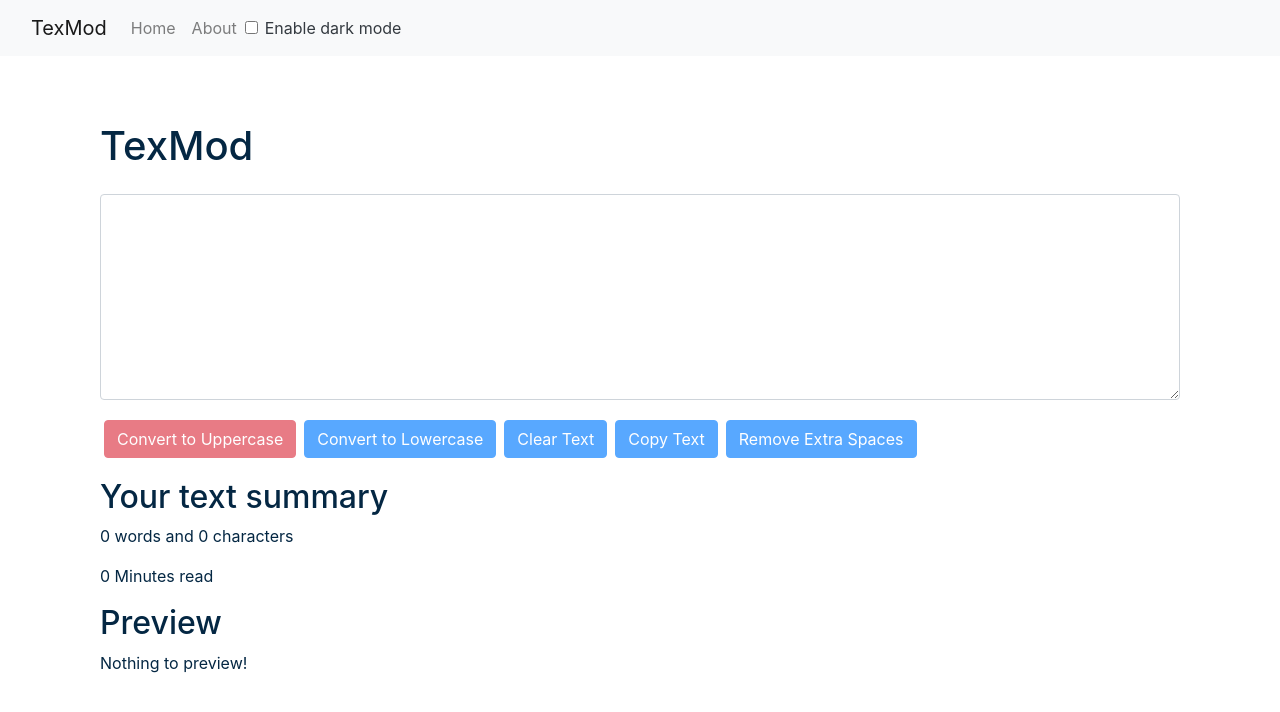
Repository: Ayush-dixit-15/TexMod
Page: /
These files come from the project's save history. The page is drawn as it stood at one moment and after the next save; the edit follows.
The browser window is 1280 px wide. The pictures show the whole page.
The project was rebuilt for these pictures with package versions that can differ from the ones it lists, and the page was loaded fresh each time. Also part of the build but not shown: src/index.css, src/App.css, src/components/About.js.

Above is the page before, as saved 2022-07-01 13:49:07.

### public/index.html
<!DOCTYPE html>
<html lang="en">
  <head>
    <meta charset="utf-8" />
    <link rel="icon" href="%PUBLIC_URL%/favicon.ico" />
    <meta name="viewport" content="width=device-width, initial-scale=1" />
    <meta name="theme-color" content="#000000" />
    <meta
      name="description"
      content=""
    />
    <link rel="apple-touch-icon" href="%PUBLIC_URL%/logo192.png" />
    <link rel="manifest" href="%PUBLIC_URL%/manifest.json" />
    <link rel="stylesheet" href="https://cdn.jsdelivr.net/npm/bootstrap@4.6.1/dist/css/bootstrap.min.css" integrity="sha384-zCbKRCUGaJDkqS1kPbPd7TveP5iyJE0EjAuZQTgFLD2ylzuqKfdKlfG/eSrtxUkn" crossorigin="anonymous">
    <link rel="apple-touch-icon" sizes="57x57" href="/apple-icon-57x57.png">
<link rel="apple-touch-icon" sizes="60x60" href="/apple-icon-60x60.png">
<link rel="apple-touch-icon" sizes="72x72" href="/apple-icon-72x72.png">
<link rel="apple-touch-icon" sizes="76x76" href="/apple-icon-76x76.png">
<link rel="apple-touch-icon" sizes="114x114" href="/apple-icon-114x114.png">
<link rel="apple-touch-icon" sizes="120x120" href="/apple-icon-120x120.png">
<link rel="apple-touch-icon" sizes="144x144" href="/apple-icon-144x144.png">
<link rel="apple-touch-icon" sizes="152x152" href="/apple-icon-152x152.png">
<link rel="apple-touch-icon" sizes="180x180" href="/apple-icon-180x180.png">
<link rel="icon" type="image/png" sizes="192x192"  href="/android-icon-192x192.png">
<link rel="icon" type="image/png" sizes="32x32" href="/favicon-32x32.png">
<link rel="icon" type="image/png" sizes="96x96" href="/favicon-96x96.png">
<link rel="icon" type="image/png" sizes="16x16" href="/favicon-16x16.png">
<link rel="manifest" href="/manifest.json">
<meta name="msapplication-TileColor" content="#ffffff">
<meta name="msapplication-TileImage" content="/ms-icon-144x144.png">
<meta name="theme-color" content="#ffffff">
    <title>TexMod</title>
  </head>
  <body>

    <div id="root"></div>
    <script src="https://cdn.jsdelivr.net/npm/jquery@3.5.1/dist/jquery.slim.min.js" integrity="sha384-DfXdz2htPH0lsSSs5nCTpuj/zy4C+OGpamoFVy38MVBnE+IbbVYUew+OrCXaRkfj" crossorigin="anonymous"></script>
    <script src="https://cdn.jsdelivr.net/npm/bootstrap@4.6.1/dist/js/bootstrap.bundle.min.js" integrity="sha384-fQybjgWLrvvRgtW6bFlB7jaZrFsaBXjsOMm/tB9LTS58ONXgqbR9W8oWht/amnpF" crossorigin="anonymous"></script>
  </body>
</html>

### src/App.js
import './App.css';
import Navbar from './components/Navbar';
import TextForm from './components/TextForm';
import About from './components/About';
import React, { useState } from 'react';
import Alert from './components/Alert';
import {
  BrowserRouter as Router,
  Switch,
  Route
} from "react-router-dom";


function App() {
  const [mode, setMode] = useState('light'); // Whether dark mode is enabled or not
  const [alert, setAlert] = useState(null);

  const showAlert = (message, type)=>{
      setAlert({
        msg: message,
        type: type
      })
      setTimeout(() => {
          setAlert(null);
      }, 1500);
  }

  const toggleMode = ()=>{
    if(mode === 'light'){
      setMode('dark');
      document.body.style.backgroundColor = '#042743';
      showAlert("Dark mode has been enabled", "success");
    }
    else{
      setMode('light');
      document.body.style.backgroundColor = 'white';
      showAlert("Light mode has been enabled", "success");
    }
  }
  return (
    <>
    <Router>
    <Navbar title="TexMod" mode={mode} toggleMode={toggleMode} key={new Date()} />
    <Alert alert={alert}/>
    <div className="container my-3">
    <Switch>
    {/* /users --> Component 1
        /users/home --> Component 2 */}
          <Route exact path="/about">
            <About mode={mode} />
          </Route>
          <Route exact path="/">
            <TextForm showAlert={showAlert} heading="TexMod" mode={mode}/>
          </Route>
    </Switch>
    </div>
    </Router>
    </>
  );
}

export default App;

### src/components/Navbar.js
import React from "react";
import PropTypes from "prop-types";
import { Link } from "react-router-dom";

export default function Navbar(props) {
  return (
    <nav
      className={`navbar navbar-expand-lg navbar-${props.mode} bg-${props.mode}`}
    >
      <div className="container-fluid">
        <Link className="navbar-brand" to="/">
          {props.title}
        </Link>
        <button
          className="navbar-toggler"
          type="button"
          data-bs-toggle="collapse"
          data-bs-target="#navbarSupportedContent"
          aria-controls="navbarSupportedContent"
          aria-expanded="false"
          aria-label="Toggle navigation"
        >
          <span className="navbar-toggler-icon"></span>
        </button>
        <div className="collapse navbar-collapse" id="navbarSupportedContent">
          <ul className="navbar-nav me-auto mb-2 mb-lg-0">
            <li className="nav-item">
              <Link className="nav-link" aria-current="page" to="/">
                Home
              </Link>
            </li>
            <li className="nav-item">
              <Link className="nav-link" to="/about">
                {props.aboutText}
              </Link>
            </li>
          </ul>
          <div
            className={`form-check form-switch text-${
              props.mode === "light" ? "dark" : "light"
            }`}
          >

            <input class="form-check-input"   onClick={props.toggleMode} type="checkbox" role="switch" id="flexSwitchCheckDefault"/>
  <label class="form-check-label" for="flexSwitchCheckDefault">  Enable dark mode</label>
          </div>
        </div>
      </div>
    </nav>
  );
}

Navbar.propTypes = {
  title: PropTypes.string.isRequired,
  aboutText: PropTypes.string.isRequired,
};

Navbar.defaultProps = {
  title: "Set title here",
  aboutText: "About",
};

### src/components/TextForm.js
import React, {useState} from 'react'


export default function TextForm(props) {
    const handleUpClick = ()=>{
        let newText = text.toUpperCase();
        setText(newText)
        props.showAlert("Converted to uppercase!", "success");
    }

    const handleLoClick = ()=>{
        let newText = text.toLowerCase();
        setText(newText)
        props.showAlert("Converted to lowercase!", "success");
    }

    const handleClearClick = ()=>{
        let newText = '';
        setText(newText);
        props.showAlert("Text Cleared!", "success");
    }

    const handleOnChange = (event)=>{
        setText(event.target.value)
    }
    const handleCopy = () => {
        navigator.clipboard.writeText(text);
        props.showAlert("Copied to Clipboard!", "success");
    }

    const handleExtraSpaces = () => {
        let newText = text.split(/[ ]+/);
        setText(newText.join(" "));
        props.showAlert("Extra spaces removed!", "success");
    }

    const [text, setText] = useState('');

    return (
        <>
        <div className="container" style={{color: props.mode==='dark'?'white':'#042743'}}>
            <h1 className='mb-4'>{props.heading}</h1>
            <div className="mb-3">
            <textarea className="form-control" value={text} onChange={handleOnChange} style={{backgroundColor: props.mode==='dark'?'#13466e':'white', color: props.mode==='dark'?'white':'#042743'}} id="myBox" rows="8"></textarea>
            </div>
            <button disabled={text.length===0} className="btn btn-danger mx-1 my-1" onClick={handleUpClick}>Convert to Uppercase</button>
            <button disabled={text.length===0} className="btn btn-primary mx-1 my-1" onClick={handleLoClick}>Convert to Lowercase</button>
            <button disabled={text.length===0} className="btn btn-primary mx-1 my-1" onClick={handleClearClick}>Clear Text</button>
            <button disabled={text.length===0} className="btn btn-primary mx-1 my-1" onClick={handleCopy}>Copy Text</button>
            <button disabled={text.length===0} className="btn btn-primary mx-1 my-1" onClick={handleExtraSpaces}>Remove Extra Spaces</button>
        </div>
        <div className="container my-3" style={{color: props.mode==='dark'?'white':'#042743'}}>
            <h2>Your text summary</h2>
            <p>{text.split(/\s+/).filter((element)=>{return element.length!==0}).length} words and {text.length} characters</p>
            <p>{0.008 *  text.split(/\s+/).filter((element)=>{return element.length!==0}).length} Minutes read</p>
            <h2>Preview</h2>
            <p>{text.length>0?text:"Nothing to preview!"}</p>
        </div>
        </>
    )
}

Loaded but not shown: src/index.js (common file); src/reportWebVitals.js (common file); src/components/Alert.js (common file)

After the next save:
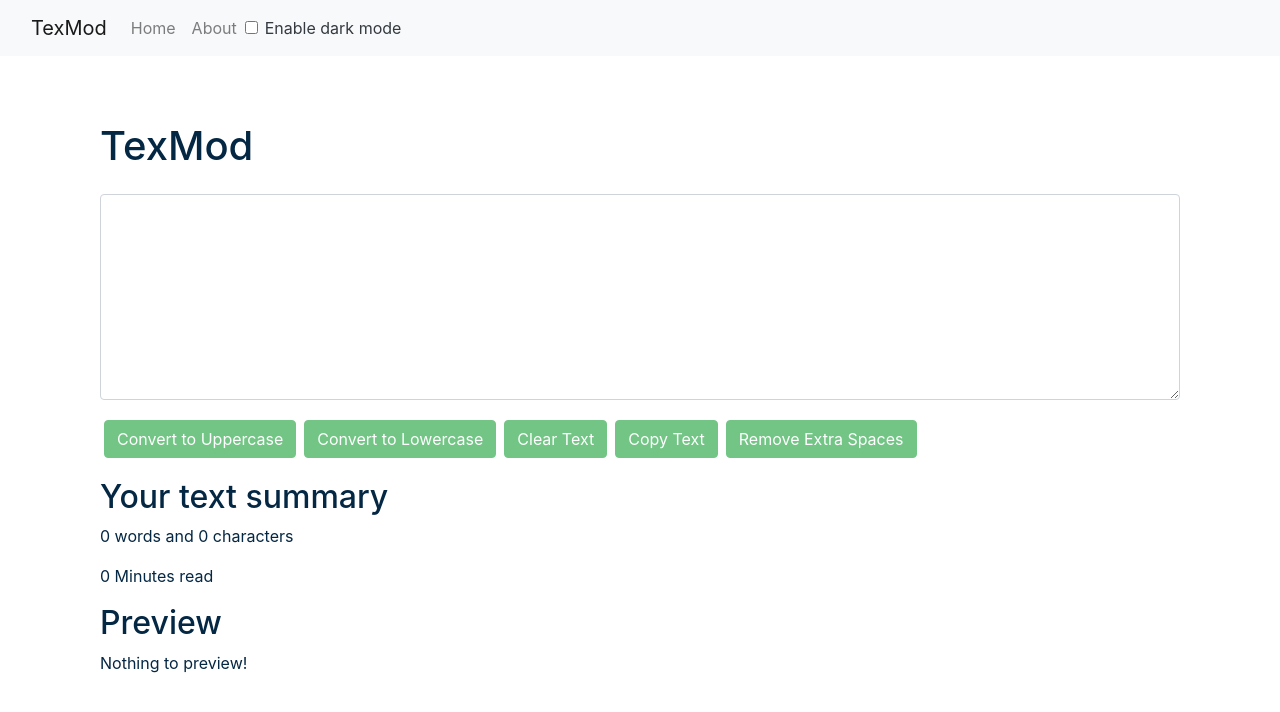
Saved 3 min 26 s later.
--- a/src/components/TextForm.js
+++ b/src/components/TextForm.js
@@ -43,11 +43,11 @@ export default function TextForm(props) {
             <div className="mb-3">
             <textarea className="form-control" value={text} onChange={handleOnChange} style={{backgroundColor: props.mode==='dark'?'#13466e':'white', color: props.mode==='dark'?'white':'#042743'}} id="myBox" rows="8"></textarea>
             </div>
-            <button disabled={text.length===0} className="btn btn-danger mx-1 my-1" onClick={handleUpClick}>Convert to Uppercase</button>
-            <button disabled={text.length===0} className="btn btn-primary mx-1 my-1" onClick={handleLoClick}>Convert to Lowercase</button>
-            <button disabled={text.length===0} className="btn btn-primary mx-1 my-1" onClick={handleClearClick}>Clear Text</button>
-            <button disabled={text.length===0} className="btn btn-primary mx-1 my-1" onClick={handleCopy}>Copy Text</button>
-            <button disabled={text.length===0} className="btn btn-primary mx-1 my-1" onClick={handleExtraSpaces}>Remove Extra Spaces</button>
+            <button disabled={text.length===0} className="btn btn-success mx-1 my-1" onClick={handleUpClick}>Convert to Uppercase</button>
+            <button disabled={text.length===0} className="btn btn-success mx-1 my-1" onClick={handleLoClick}>Convert to Lowercase</button>
+            <button disabled={text.length===0} className="btn btn-success mx-1 my-1" onClick={handleClearClick}>Clear Text</button>
+            <button disabled={text.length===0} className="btn btn-success mx-1 my-1" onClick={handleCopy}>Copy Text</button>
+            <button disabled={text.length===0} className="btn btn-success mx-1 my-1" onClick={handleExtraSpaces}>Remove Extra Spaces</button>
         </div>
         <div className="container my-3" style={{color: props.mode==='dark'?'white':'#042743'}}>
             <h2>Your text summary</h2>
